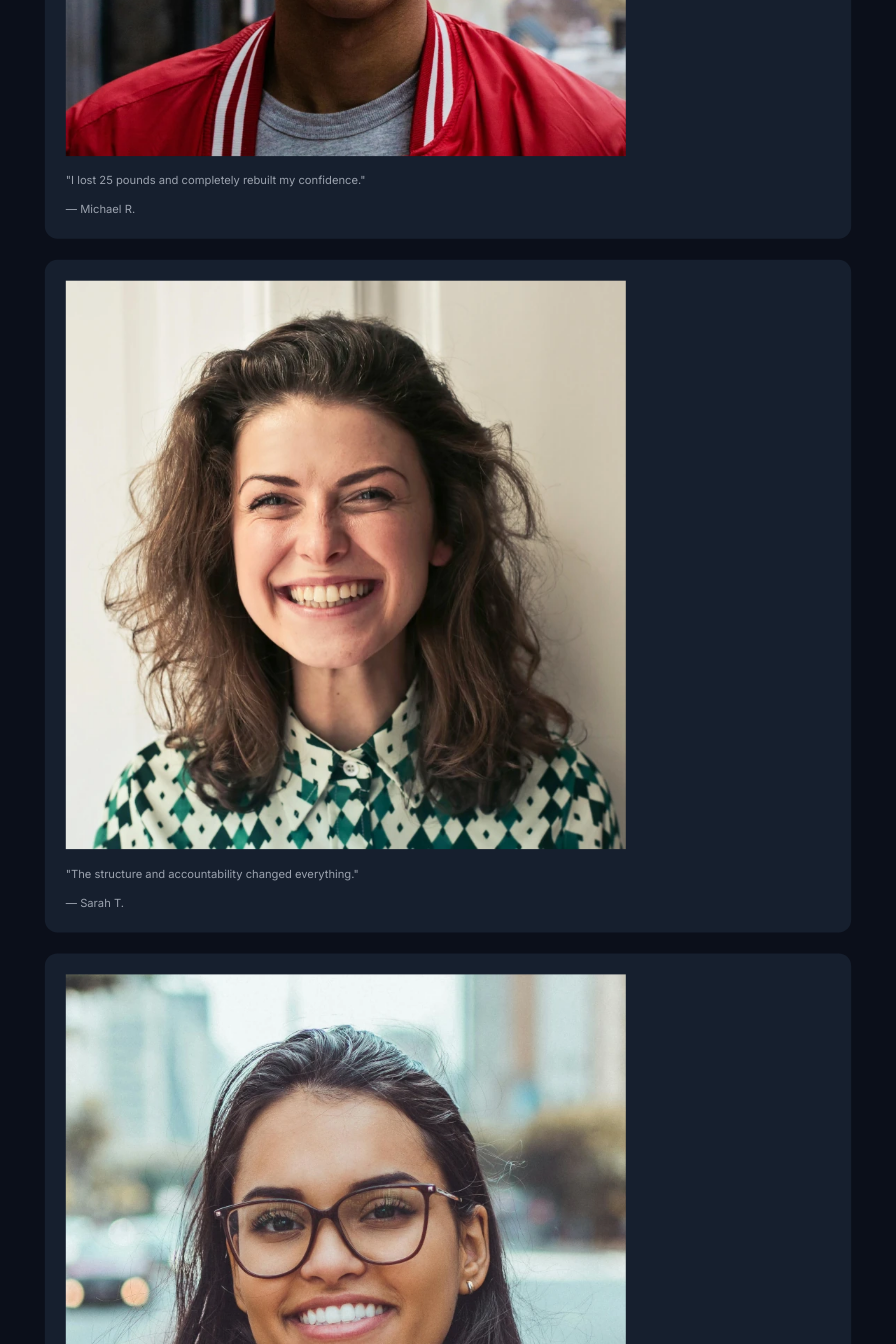
Repository: davidfsillva/Landing-page-pro
Page: index.html
The author's editor kept a copy of each file at every save. The page is drawn from the files as they stood at one save, then again after the next save.
The browser window is 1280 px wide. The pictures show the part of the page from y = 3700 to 5620 px (the page is 6989 px tall before and 7015 px after), at 70% of full size.

Above is the page before, as saved 2026-02-26 17:07:21.

After the next save:
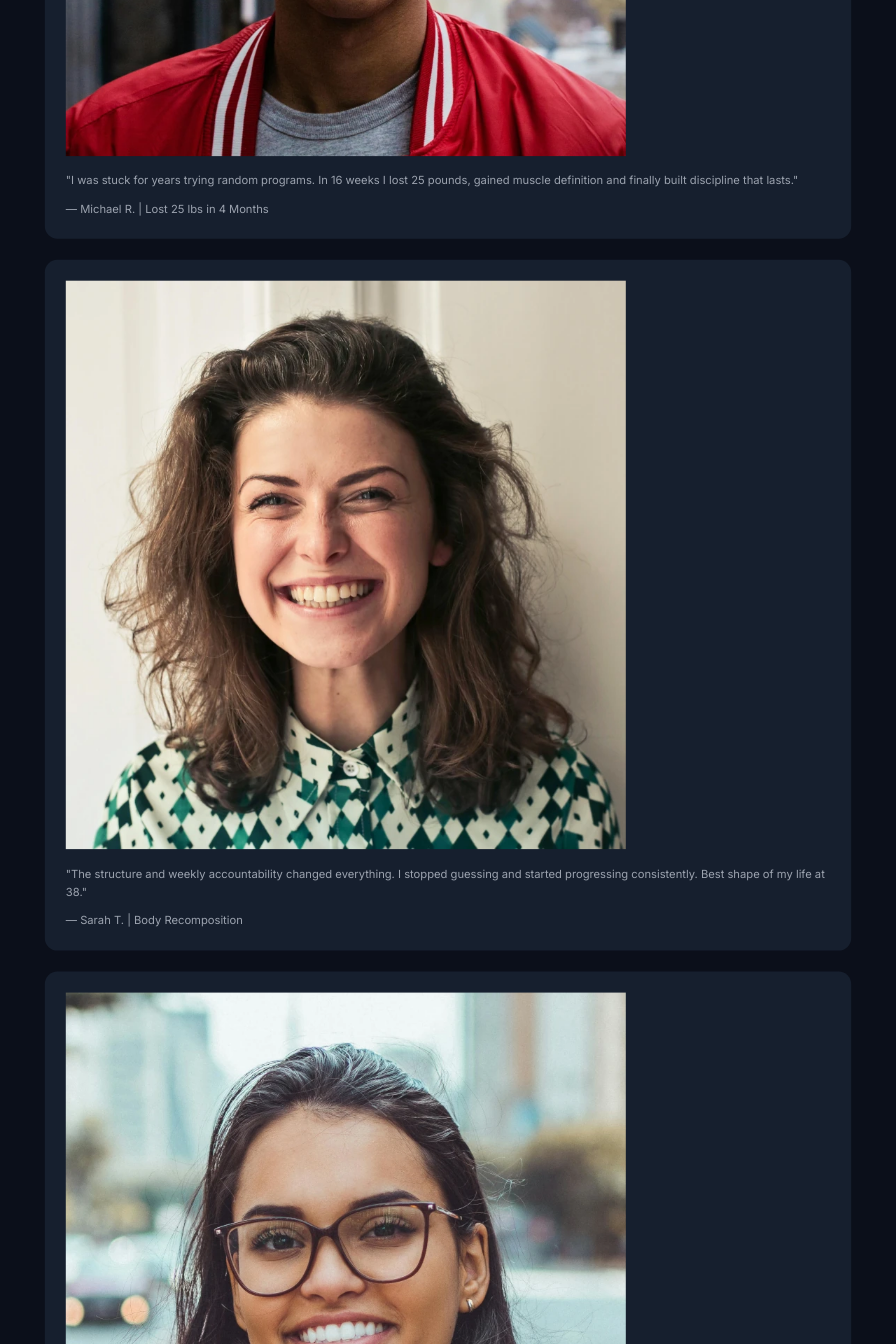
Saved 55 s later.
--- a/index.html
+++ b/index.html
@@ -199,21 +199,32 @@
         <div class="grid-3">
 
             <div class="testimonial">
-                <img src="img/2.webp" alt="Client transformation">
-                <p>"I lost 25 pounds and completely rebuilt my confidence."</p>
-                <span>— Michael R.</span>
+                <img src="img/2.webp" alt="Michael transformation">
+                <p>
+                    "I was stuck for years trying random programs.
+                    In 16 weeks I lost 25 pounds, gained muscle definition
+                    and finally built discipline that lasts."
+                </p>
+                <span>— Michael R. | Lost 25 lbs in 4 Months</span>
             </div>
 
             <div class="testimonial">
-                <img src="img/1.webp" alt="Client transformation">
-                <p>"The structure and accountability changed everything."</p>
-                <span>— Sarah T.</span>
+                <img src="img/1.webp" alt="Sarah transformation">
+                <p>
+                    "The structure and weekly accountability changed everything.
+                    I stopped guessing and started progressing consistently.
+                    Best shape of my life at 38."
+                </p>
+                <span>— Sarah T. | Body Recomposition</span>
             </div>
 
             <div class="testimonial">
-                <img src="img/3.webp" alt="Client transformation">
-                <p>"Best investment I've made in myself."</p>
-                <span>— Alicia K.</span>
+                <img src="img/3.webp" alt="Alicia transformation">
+                <p>
+                    "This wasn't just fat loss. I rebuilt my confidence,
+                    my routine and my mindset. It became a lifestyle."
+                </p>
+                <span>— Alicia K. | 90-Day Transformation</span>
             </div>
 
         </div>
